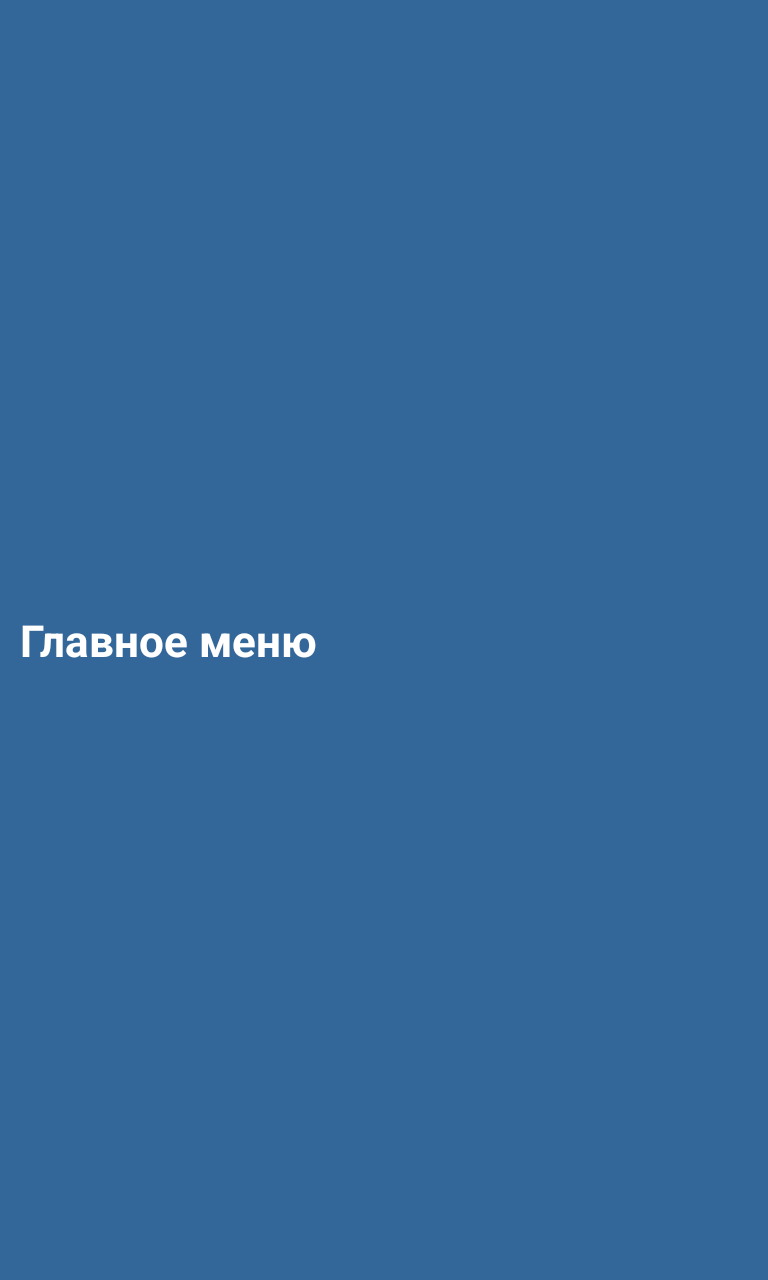
Repository: complexityclass/GosClient
Layout: Client/res/layout/list_header_row.xml
These files come from the project's save history. The layout is drawn as it stood at one moment and after the next save; the edit follows.
It is drawn on a 768 x 1280 px phone screen (xhdpi) without system bars, with theme AppTheme; the app's code is not run.

Above is the layout before, as saved 2013-02-28 13:32:26.

After the next save:
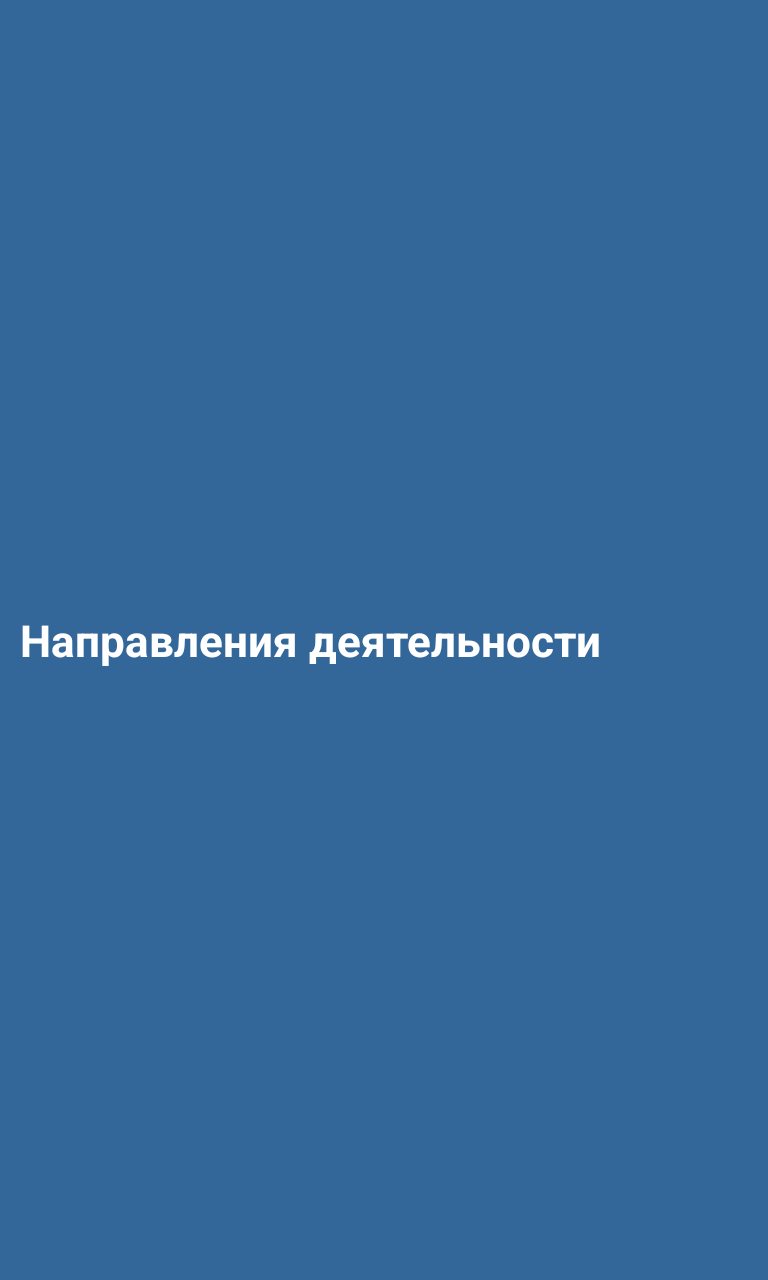
Saved 19 s later.
--- a/Client/res/layout/list_header_row.xml
+++ b/Client/res/layout/list_header_row.xml
@@ -15,7 +15,7 @@
         android:textSize="22dp"
         android:textColor="#FFFFFF"
         android:padding="10dp"
-        android:text="Главное меню"
+        android:text="Направления деятельности"
         android:background="#336699" />
 
 </LinearLayout>
